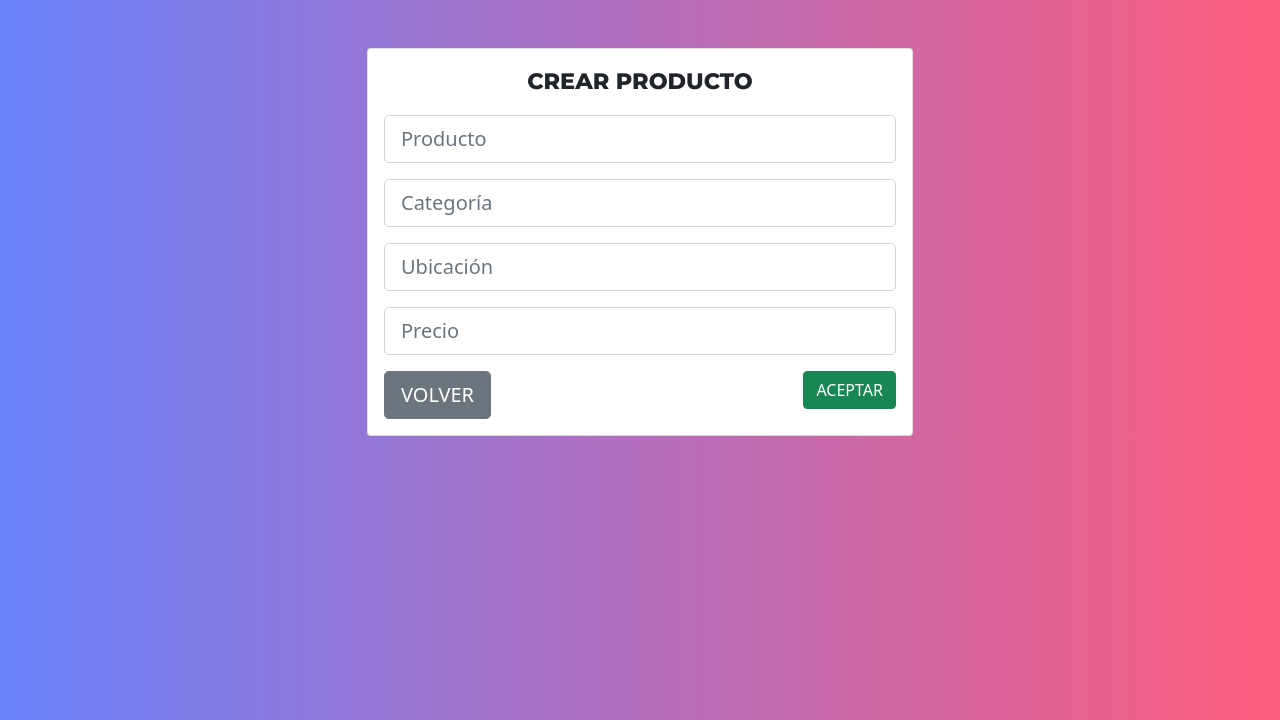
Repository: vivianaleivagalvez/crud_angular
Page: /crear-producto
The author's editor kept a copy of each file at every save. The page is drawn from the files as they stood at one save, then again after the next save.
The browser window is 1280 px wide. The pictures show the whole page.
The project was rebuilt for these pictures with package versions that can differ from the ones it lists, and the page was loaded fresh each time. Also part of the build but not shown: angular.json, src/app/components/listar-productos/listar-productos.component.ts.

Above is the page before, as saved 2022-01-27 12:01:25.

After the next save:
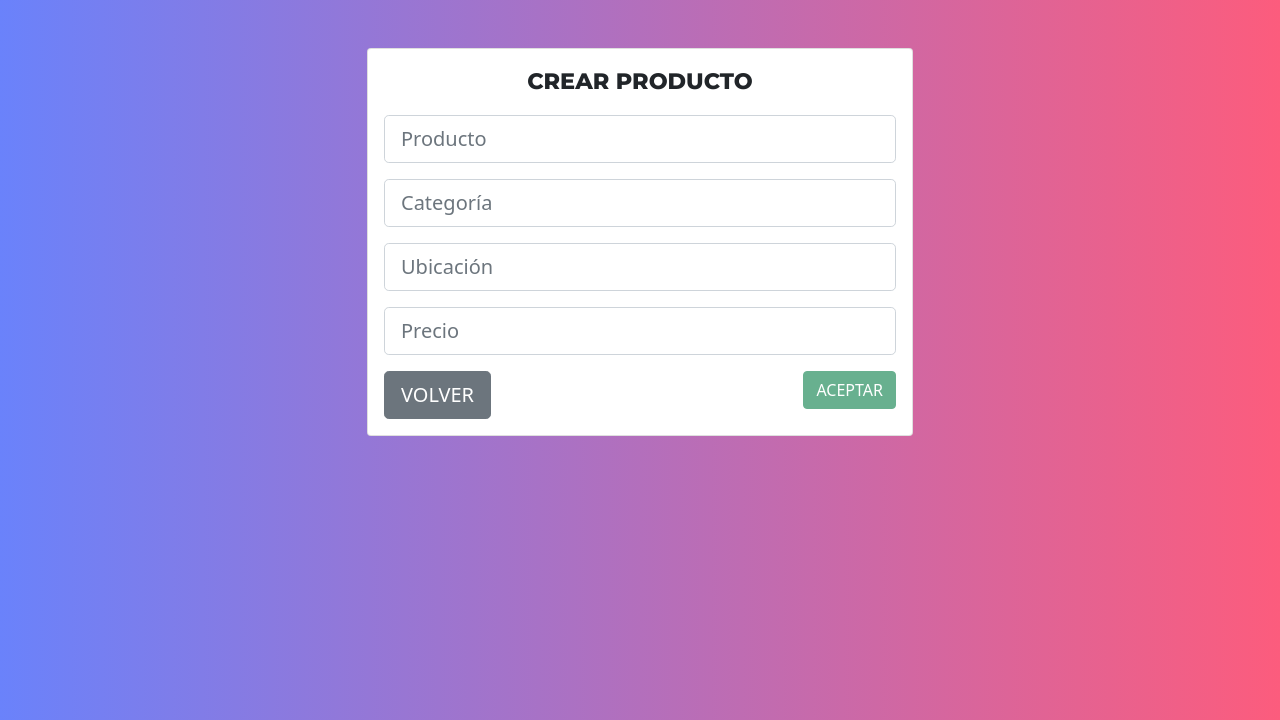
Saved 19 s later.
--- a/src/app/components/crear-producto/crear-producto.component.html
+++ b/src/app/components/crear-producto/crear-producto.component.html
@@ -39,7 +39,7 @@
             </div>
             <div class="mb-3">
               <button routerLink="/" class="btn btn-secondary btn-lg float-start">VOLVER</button>
-              <button type="submit" [disabled]="" class="btn btn-success float-end">ACEPTAR</button>
+              <button type="submit" [disabled]="productoForm.invalid" class="btn btn-success float-end">ACEPTAR</button>
             </div>
           </form>
         </div>
